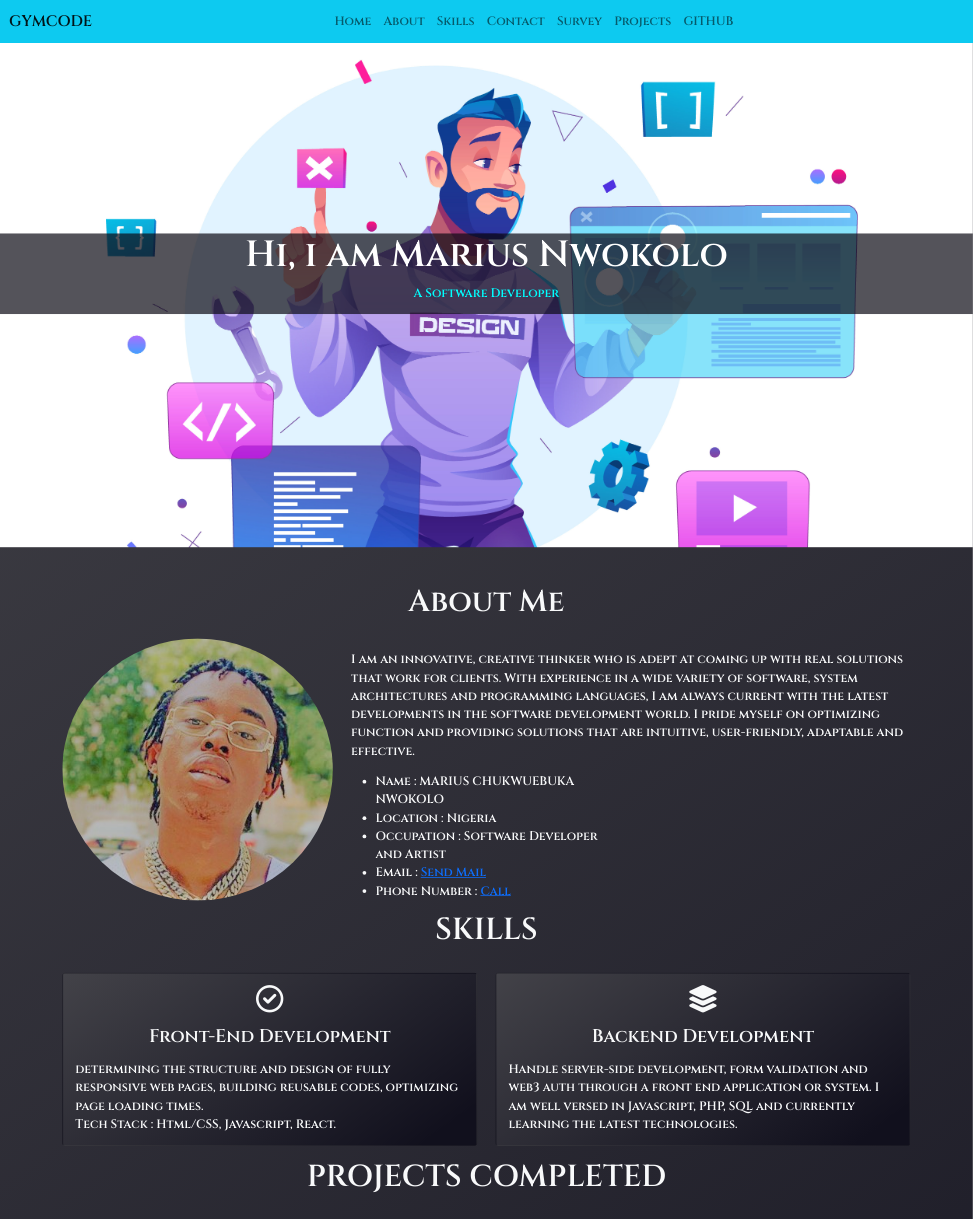
Repository: Goldmyn/MARIUS_PORTFOLIO
Page: index.html
The author's editor kept a copy of each file at every save. The page is drawn from the files as they stood at one save, then again after the next save.
The browser window is 1280 px wide. The pictures show the part of the page from y = 0 to 1604 px (the page is 3114 px tall), at 76% of full size.
Pictures or frames that could not be fetched are drawn as grey boxes.

Above is the page before, as saved 2022-09-20 23:41:57.

After the next save:
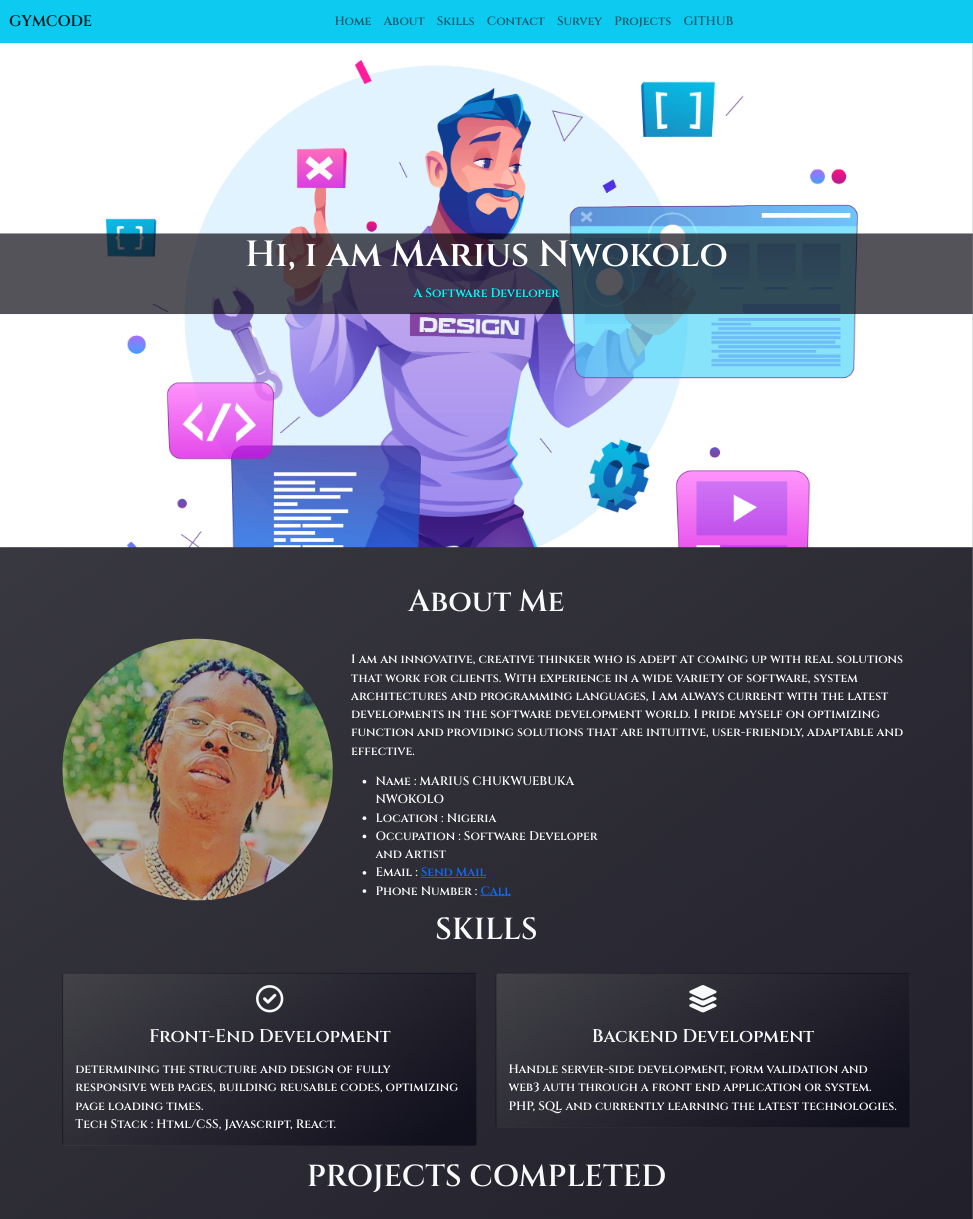
Saved 3 min 7 s later.
--- a/index.html
+++ b/index.html
@@ -119,7 +119,7 @@
                             <i class='fas servicesIcon fa-layer-group'></i>
                             <h4 class="card-title mt-3">Backend Development</h4>
                             <p class="card-text mt-3 txt">Handle server-side development, form validation and web3 auth through a front end application or system.
-                              I am well versed in Javascript, PHP, SQL and currently learning the latest technologies.
+                               PHP, SQL and currently learning the latest technologies.
                             </p>
                         </div>
                     </div>
